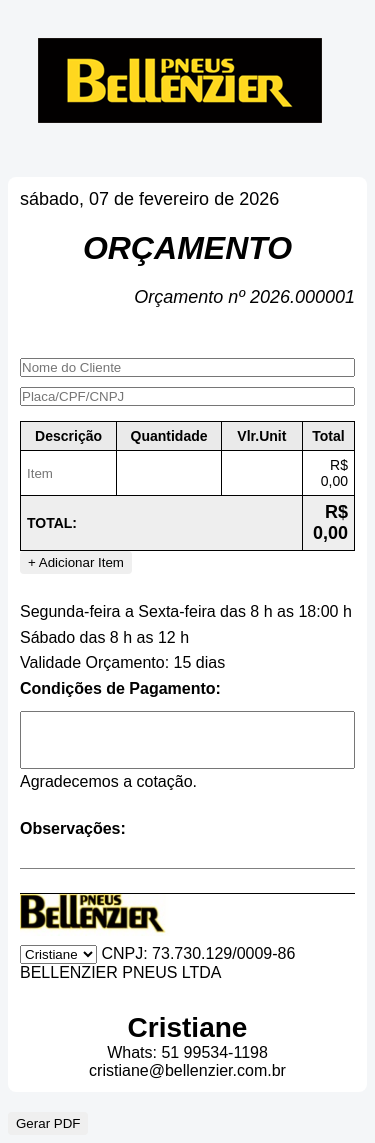
Repository: Cristiane-Sartori14/orcamentoNumerado
Page: index.html
An editor plug-in stored every save of this project. The page is shown before and after the next save, followed by the edit.
The browser window is 375 px wide. The pictures show the whole page.

Above is the page before, as saved 2026-02-09 21:24:16.

After the next save:
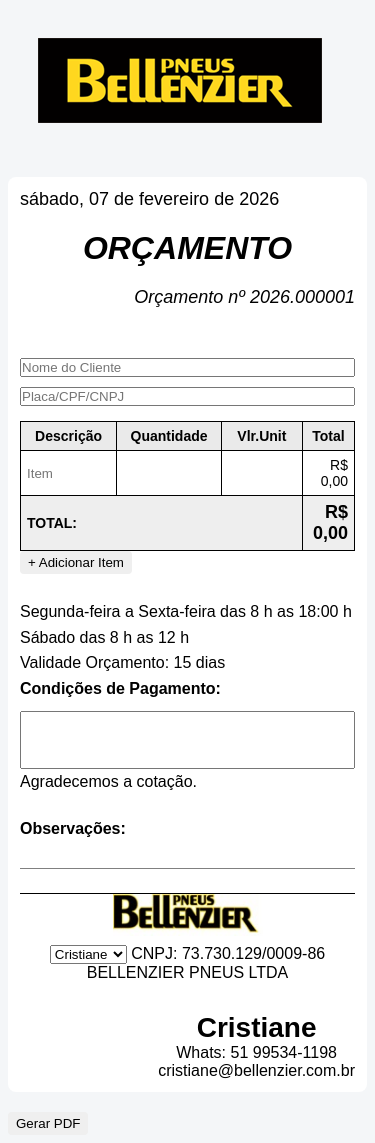
Saved 2 min 26 s later.
--- a/assets/css/style.css
+++ b/assets/css/style.css
@@ -349,7 +349,7 @@
     height:36px;
   }
 
-  .vendedor{
+  .vendedor-area{
     justify-content:center;
     text-align:center;
   }
